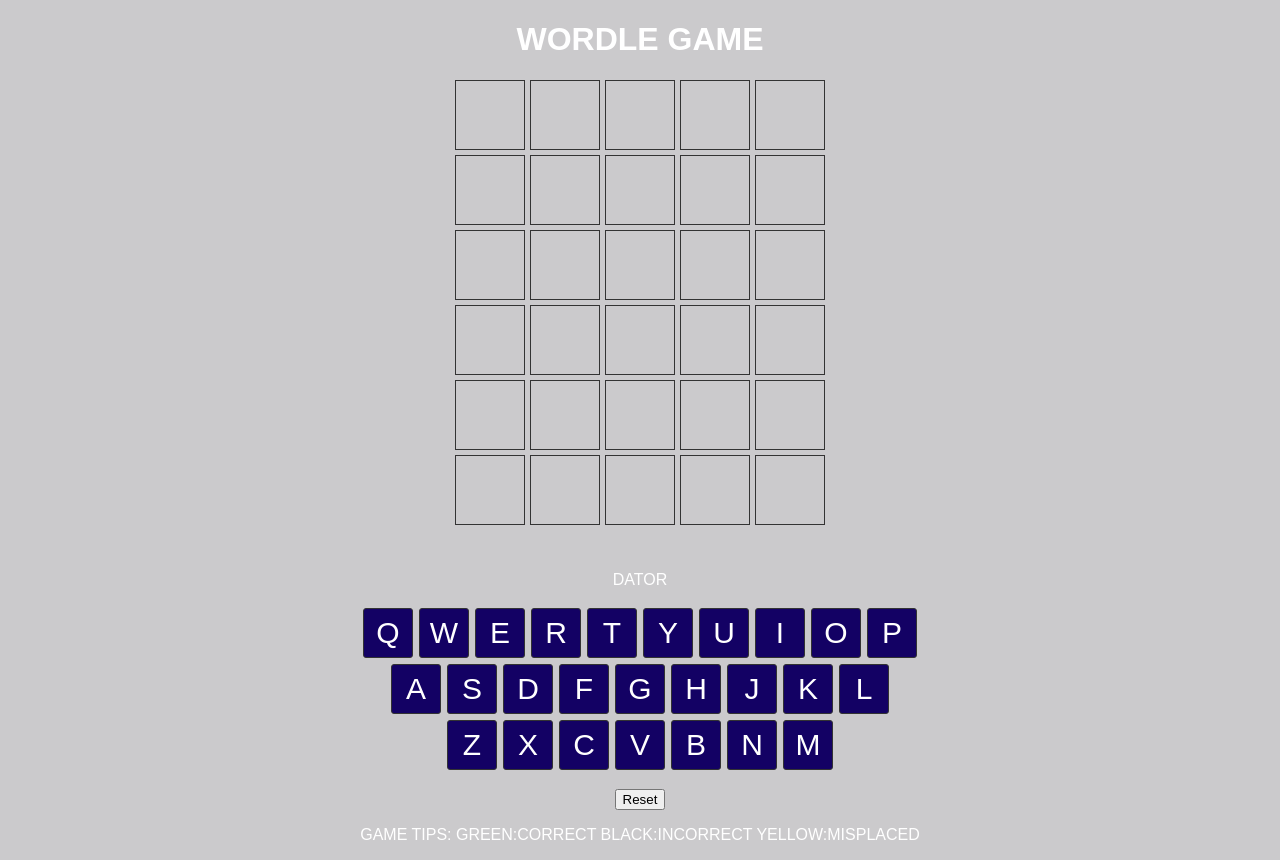
Repository: KarimIsaac/WorldeGame
Page: index.html
The author's editor kept a copy of each file at every save. The page is drawn from the files as they stood at one save, then again after a run of saves.
The browser window is 1280 px wide. The pictures show the whole page.

Above is the page before, as saved 2022-03-13 09:00:14.

### index.html
<!DOCTYPE html>
<html lang="en">
<head>
    <meta charset="UTF-8">
    <meta http-equiv="X-UA-Compatible" content="IE=edge">
    <meta name="viewport" content="width=device-width, initial-scale=1.0">
    <title>Worlde Game</title>
    <link rel="stylesheet" href="style.css">
</head>
<body>

    <h1>Wordle Game</h1>
    <div id="grid"></div>
    <p id="answer"></p>
    <div id="keyboard"></div>

    <p>
      <button onClick="init()">Reset</button>
      </o>
      <p>Game Tips: Green:Correct Black:Incorrect Yellow:misplaced  </p>
      <script src="script.js"></script>
</body>
</html>

### style.css
html,
body {
  text-align: center;
  background: rgb(203, 202, 204);
  color: white;
  text-transform: uppercase;
  font-family: sans-serif;
}

#grid {
  display: inline-grid;
  grid-template-rows: repeat(6, 70px);
  grid-template-columns: repeat(5, 70px);
  gap: 5px;
  margin-bottom: 30px;
}

#grid div {
  border: 1px solid #333;
  display: flex;
  align-items: center;
  justify-content: center;
  font-size: 40px;
}

#keyboard button {
  appearance: none;
  border: 1px solid #333;
  background: rgb(19, 1, 100);
  color: rgb(255, 255, 255);
  font-size: 30px;
  display: inline-block;
  width: 50px;
  height: 50px;
  line-height: 1;
  margin: 3px;
  text-transform: uppercase;
  border-radius: 3px;
}

### script.js
const grid = document.getElementById("grid");
const keyboard = document.getElementById("keyboard");

let answer = "";

const words = [
, "spela"
, "mobil"
, "hoppa"
, "dansa"
, "dator"
, "cykla"
, "skola"
, "bibel"
];

let attempts = [];
let currentAttempt = "";

function drawGrid() {
  grid.innerHTML = "";

  for (i = 0; i < 6; i++) {
    for (j = 0; j < 5; j++) {
      const cell = document.createElement("div");
      grid.appendChild(cell);
    }
  }
}

function drawKeyboard() {
  keyboard.innerHTML = "";

  renderKeyboardRow("qwertyuiop");
  renderKeyboardRow("asdfghjkl");
  renderKeyboardRow("zxcvbnm");
}

function renderKeyboardRow(chars) {
  const row = document.createElement("div");

  for (const c of chars) {
    const key = document.createElement("button");
    key.textContent = c;
    key.onclick = () => playLetter(c);

    row.appendChild(key);
  }

  keyboard.appendChild(row);
}

function renderAttempts() {
  for (i = 0; i < attempts.length; i++) {
    const attempt = attempts[i];

    for (j = 0; j < 5; j++) {
      const letter = attempt[j];

      cell = grid.children[i * 5 + j];
      cell.textContent = letter;

      if (letter === answer[j]) {
        cell.style.backgroundColor = "green";
      } else if (answer.includes(letter)) {
        cell.style.backgroundColor = "#bfbf2e";
      } else {
        cell.style.backgroundColor = "#000";
      }
    }
  }
}

function renderCurrentAttempt() {
  for (i = 0; i < 5; i++) {
    const letter = currentAttempt[i] || "";

    cell = grid.children[attempts.length * 5 + i];
    cell.textContent = letter;
  }
}

function playLetter(letter) {
  currentAttempt = currentAttempt + letter;

  renderCurrentAttempt();
}

function handleInput(e) {
  const key = e.key.toLowerCase();

  if (key === "enter" && currentAttempt.length === 5) {
    attempts.push(currentAttempt);
    currentAttempt = "";

    renderAttempts();
  }

  if (key === "backspace" && currentAttempt.length) {
    const letters = currentAttempt.split("");
    letters.pop();
    currentAttempt = letters.join("");

    renderCurrentAttempt();
  }

  if (/^[a-z]$/.test(key) && currentAttempt.length < 5) {
    playLetter(key);
  }
}

function init() {
  attempts = [];
  currentAttempt = "";

  answer = words[Math.floor(Math.random() * words.length)];

  document.getElementById("answer").textContent = answer;

  drawGrid();
  drawKeyboard();

  renderAttempts();
  renderCurrentAttempt();

  document.removeEventListener("keydown", handleInput);
  document.addEventListener("keydown", handleInput);
}

init();

After the next 8 saves:
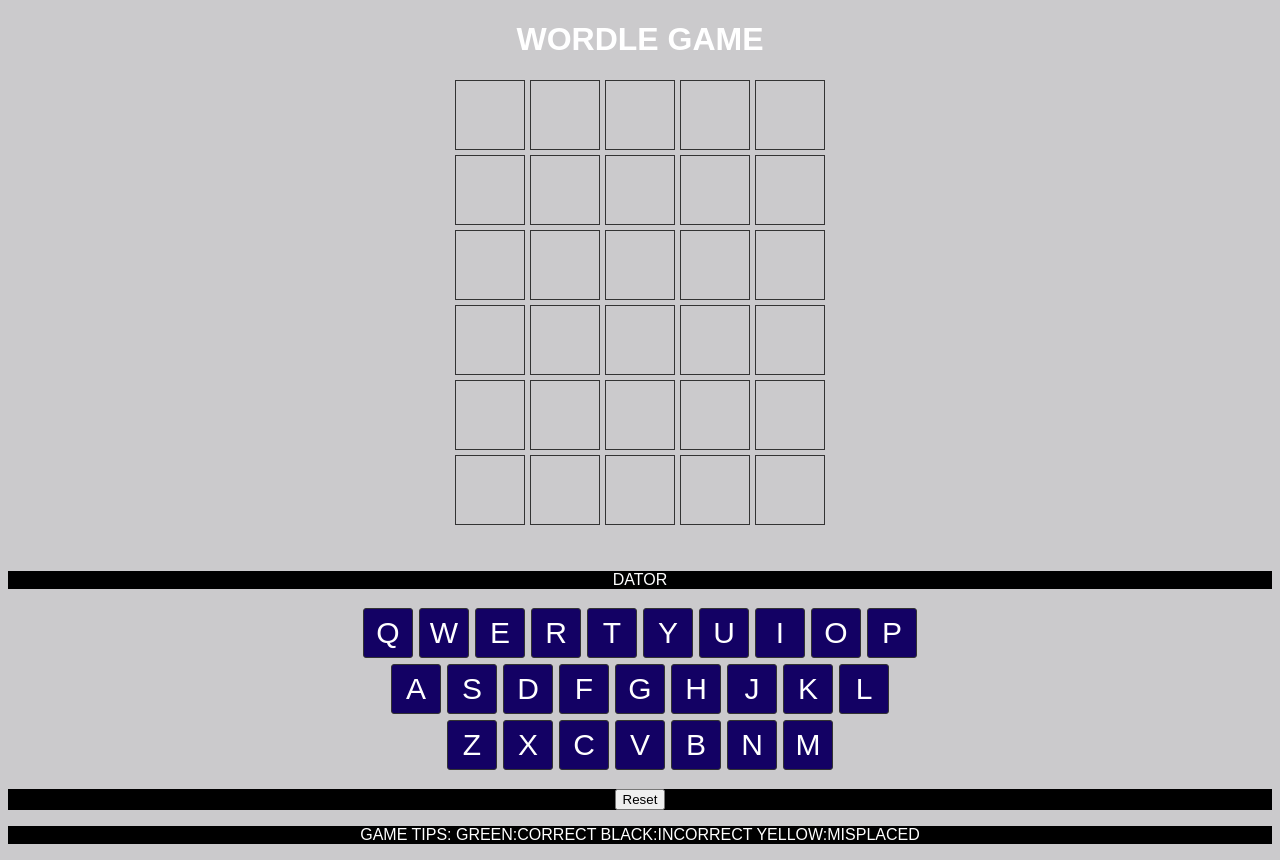
The 8 saves are shown as one change because they came seconds apart.
The last was saved 23 s later.
--- a/style.css
+++ b/style.css
@@ -37,3 +37,8 @@ body {
   text-transform: uppercase;
   border-radius: 3px;
 }
+
+p{
+background-color: black;
+
+}

After the save that followed:
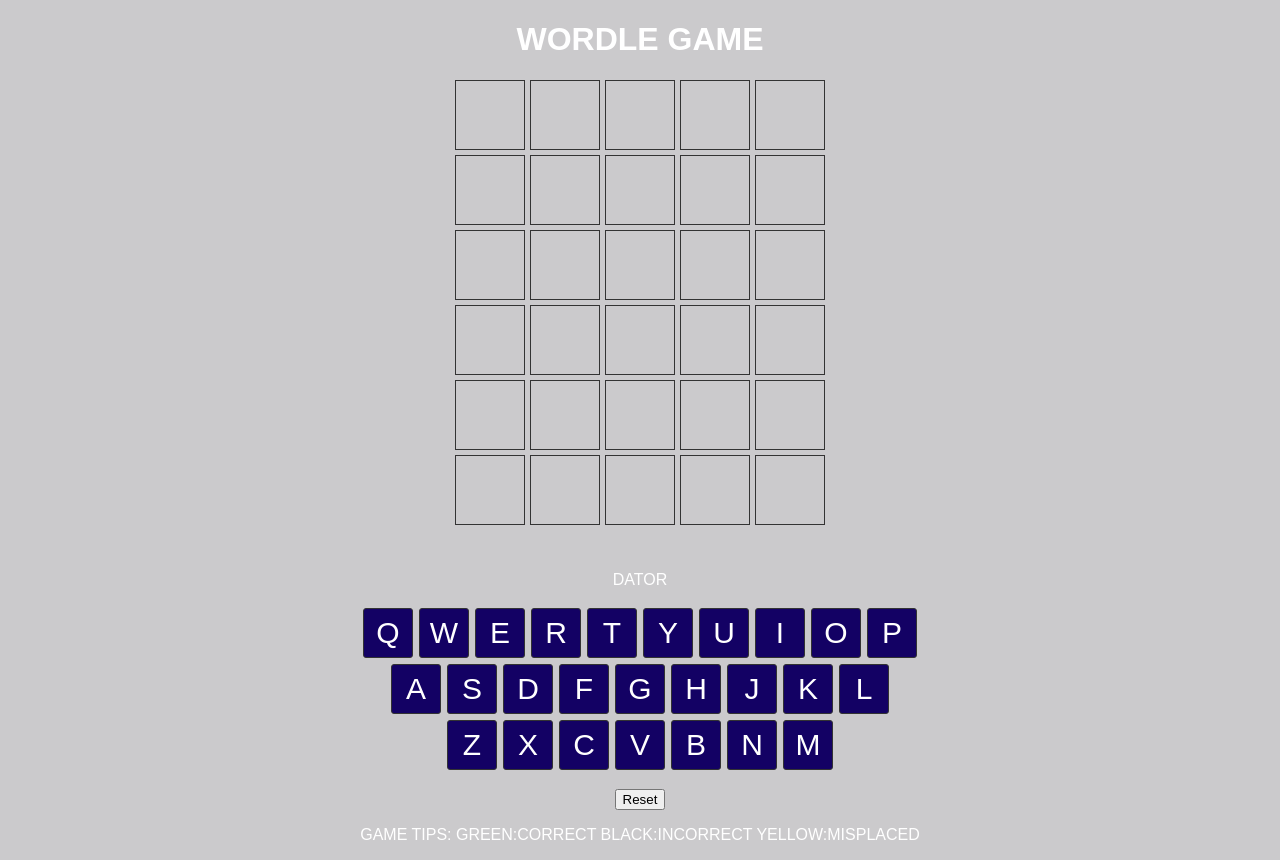
Saved 17 s later.
--- a/style.css
+++ b/style.css
@@ -39,6 +39,6 @@ body {
 }
 
 p{
-background-color: black;
+
 
 }
